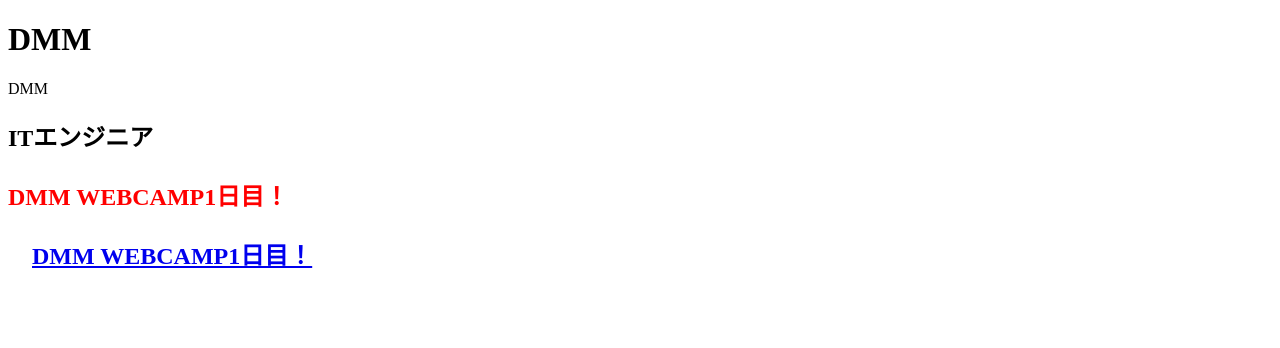
Repository: sunny0105yoko/bookers2-debug
Page: sample/sample.html
The author's editor kept a record of every edit. The page is drawn from the files as they stood at one moment, then again after the next edit.
The browser window is 1280 px wide. The pictures show the whole page.

Above is the page before.

After the next edit:
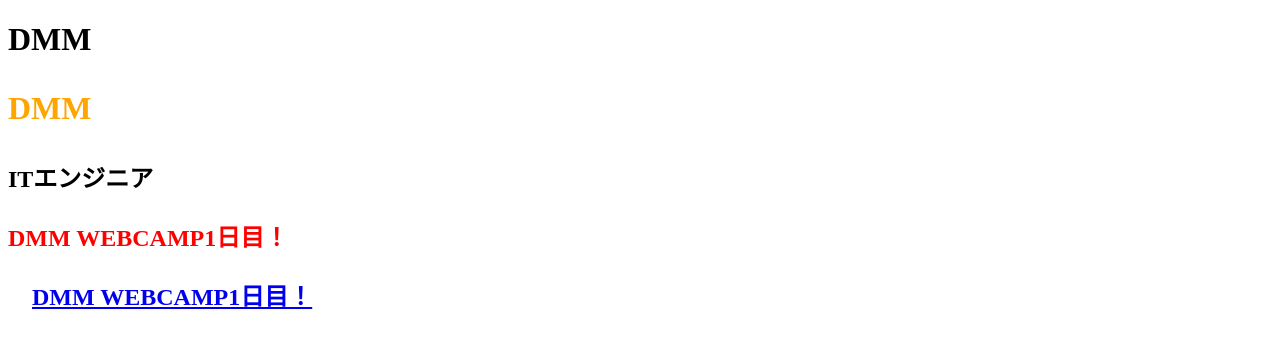
The edit:
--- a/sample/sample.html
+++ b/sample/sample.html
@@ -6,8 +6,9 @@
 
     <link rel="stylesheet" href="style.css" />
   <body>
-    <h1>DMM</h1>
-    <p class="Word-orange">DMM</p>
+    <h1>DMM
+    <p class="word-orange">DMM</p>
+    </h1>
     <h2>ITエンジニア
   　<p class="word-red">DMM WEBCAMP1日目！</p>
   　<a href="https://web-camp.online/lesson/curriculums/283/contents/2646">DMM WEBCAMP1日目！</a>
